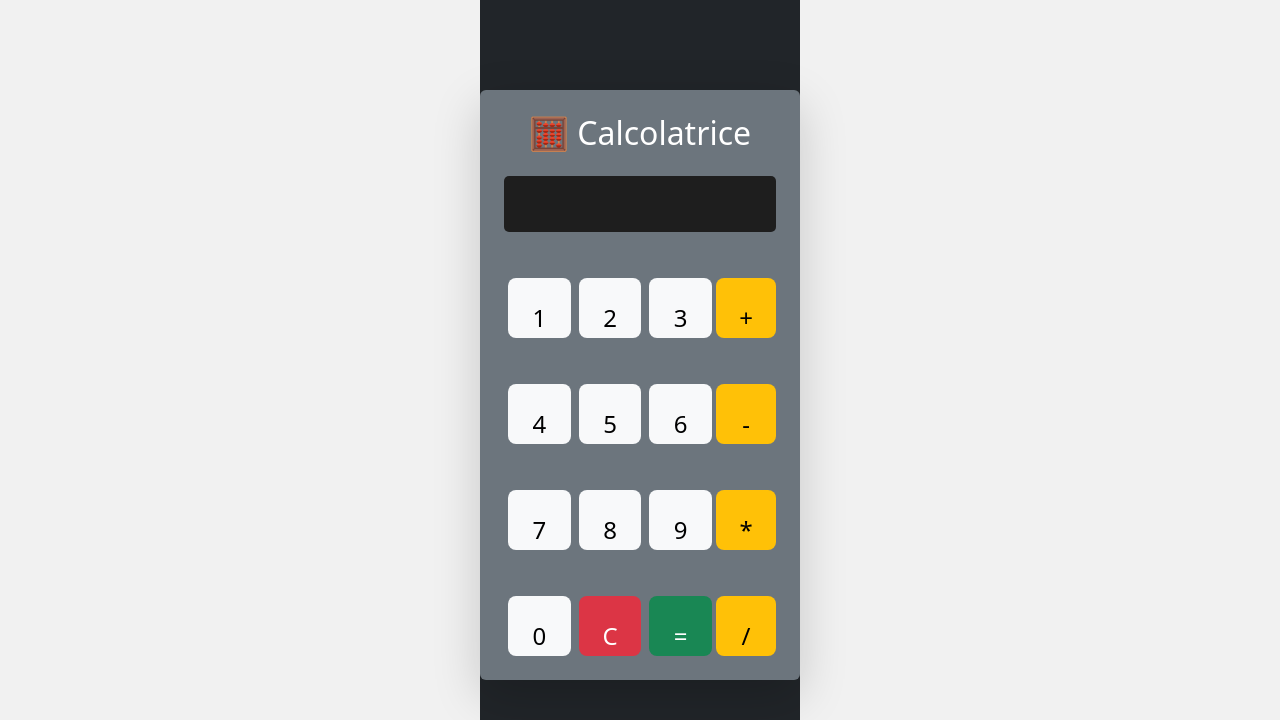
Repository: Probyte5D/Calcolatrice-FullStack
Page: /calculator (app in frontend/)
The author's editor kept a copy of each file at every save. The page is drawn from the files as they stood at one save, then again after the next save.
The browser window is 1280 px wide. The pictures show the whole page.
The project was rebuilt for these pictures with package versions that can differ from the ones it lists, and the page was loaded fresh each time. Also part of the build but not shown: frontend/src/App.css, frontend/src/components/HomePage.js.

Above is the page before, as saved 2025-04-19 16:58:03.

### frontend/src/index.js
import React from 'react';
import ReactDOM from 'react-dom/client';
import './index.css';
import App from './App';

import 'bootstrap/dist/css/bootstrap.min.css';


const root = ReactDOM.createRoot(document.getElementById('root'));
root.render(
  <React.StrictMode>
    <App />
  </React.StrictMode>
);

### frontend/src/App.js
import React from 'react';
import { BrowserRouter as Router, Route, Routes } from 'react-router-dom';
import './App.css';
import Calculator from './components/Calculator'; // Assicurati che il percorso sia corretto
import HomePage from './components/HomePage'; // Assicurati che il percorso sia corretto

function App() {
  return (
    <Router>
    <Routes>
      {/* Usando 'element' invece di 'component' */}
      <Route path="/" element={<HomePage />} />
      <Route path="/calculator" element={<Calculator />} />
    </Routes>
  </Router>
  );
}

export default App;

### frontend/src/components/Calculator.js
import React, { useState } from 'react';
import './Calculator.css'; // Per aggiungere stile extra se vuoi

function Calculator() {
    const [display, setDisplay] = useState('');
    const [error, setError] = useState('');

    const appendNumber = (num) => setDisplay(display + num);
    const appendOperator = (op) => setDisplay(display + op);

    const clearDisplay = () => {
        setDisplay('');
        setError('');
    };

    const calculate = () => {
        const match = display.match(/(\d+)([+\-*/])(\d+)/);
        if (!match) {
            setError('Espressione non valida');
            return;
        }

        const op1 = parseFloat(match[1]);
        const operator = match[2];
        const op2 = parseFloat(match[3]);

        fetch("http://localhost:8080/api/calculator/calculate", {
            method: "POST",
            headers: { "Content-Type": "application/json" },
            body: JSON.stringify({ op1, op2, operator })
        })
            .then(response => response.json())
            .then(result => {
                setDisplay(result.toString());
                setError('');
            })
            .catch(error => {
                setError("Errore: " + error.message);
            });
    };

    return (
        <div className="d-flex justify-content-center align-items-center vh-100 bg-dark text-white">
            <div className="calculator bg-secondary p-4 rounded shadow-lg" style={{ width: '320px' }}>
                <h2 className="text-center mb-4">🧮 Calcolatrice</h2>
                {error && <div className="alert alert-danger">{error}</div>}
                <input type="text" value={display} readOnly className="form-control mb-3 fs-4 text-end" />
                <div className="d-grid gap-2">
                    <div className="d-flex justify-content-between mb-2">
                        {[1, 2, 3].map(n => (
                            <button key={n} className="btn btn-light flex-fill mx-1" onClick={() => appendNumber(n.toString())}>{n}</button>
                        ))}
                        <button className="btn btn-warning" onClick={() => appendOperator('+')}>+</button>
                    </div>
                    <div className="d-flex justify-content-between mb-2">
                        {[4, 5, 6].map(n => (
                            <button key={n} className="btn btn-light flex-fill mx-1" onClick={() => appendNumber(n.toString())}>{n}</button>
                        ))}
                        <button className="btn btn-warning" onClick={() => appendOperator('-')}>-</button>
                    </div>
                    <div className="d-flex justify-content-between mb-2">
                        {[7, 8, 9].map(n => (
                            <button key={n} className="btn btn-light flex-fill mx-1" onClick={() => appendNumber(n.toString())}>{n}</button>
                        ))}
                        <button className="btn btn-warning" onClick={() => appendOperator('*')}>*</button>
                    </div>
                    <div className="d-flex justify-content-between">
                        <button className="btn btn-light flex-fill mx-1" onClick={() => appendNumber('0')}>0</button>
                        <button className="btn btn-danger flex-fill mx-1" onClick={clearDisplay}>C</button>
                        <button className="btn btn-success flex-fill mx-1" onClick={calculate}>=</button>
                        <button className="btn btn-warning" onClick={() => appendOperator('/')}>/</button>
                    </div>
                </div>
            </div>
        </div>
    );
}

export default Calculator;

### frontend/src/components/Calculator.css
/* Calculator.css */

/* Calcolatrice centrale con flexbox */
body, html {
  height: 100vh;
  margin: 0 0;
  display: flex;
  justify-content: center; /* Centra orizzontalmente */
  align-items: center;     /* Centra verticalmente */
  background-color: #f1f1f1; /* Colore di sfondo */
}
/* Stile principale della calcolatrice */
.calculator {
  background-color: #2d2d2d; /* Sfondo scuro */
  border-radius: 10px;
  padding: 20px;
  box-shadow: 0 4px 10px rgba(0, 0, 0, 0.3);
}

/* Colore del display (campo di input) */
.calculator input {
  background-color: #1e1e1e;
  color: #fff;
  font-size: 2rem;
  border: none;
  border-radius: 5px;
  padding: 10px;
  text-align: right;
}

/* Stile per i pulsanti */
.btn {
  font-size: 1.2rem;
  font-weight: bold;
  border-radius: 5px;
  transition: all 0.3s ease;
}

.btn-light {
  background-color: #3a3a3a;
  color: #fff;
}

.btn-light:hover {
  background-color: #575757;
}

.btn-warning {
  background-color: #f39c12;
  color: #fff;
}

.btn-warning:hover {
  background-color: #e67e22;
}

.btn-danger {
  background-color: #e74c3c;
  color: #fff;
}

.btn-danger:hover {
  background-color: #c0392b;
}

.btn-success {
  background-color: #2ecc71;
  color: #fff;
}

.btn-success:hover {
  background-color: #27ae60;
}

/* Layout dei tasti con uno spazio tra di loro */
.d-grid {
  gap: 10px;
}

/* Pulsanti di numeri e operatori */
.d-flex button {
  width: 60px;
  height: 60px;
  font-size: 1.5rem;
  border-radius: 8px;
  border: 2px solid transparent;
}

.d-flex button:active {
  transform: scale(0.95);
}

/* Colore dell'errore */
.alert-danger {
  background-color: #e74c3c;
  color: #fff;
  font-weight: bold;
}

/* Effetto hover sui tasti */
.d-flex button:hover {
  transform: scale(1.1);
  box-shadow: 0 2px 5px rgba(0, 0, 0, 0.2);
}

### frontend/src/components/HomePage.css
.home-page {
  text-align: center;
  margin-top: 100px;
}

.home-page h1 {
  font-size: 3em;
  color: #4CAF50;
}

.home-page p {
  font-size: 1.2em;
  margin-top: 20px;
}

.btn {
  margin-top: 30px;
  padding: 15px 30px;
  font-size: 1.2em;
}

.calculator {
  margin-top: 50px;
  text-align: center;
}

.calculator input {
  font-size: 2em;
  width: 100%;
  text-align: right;
  padding: 10px;
  margin-bottom: 20px;
}

.calculator .buttons {
  display: grid;
  grid-template-columns: repeat(4, 1fr);
  gap: 10px;
}

.calculator button {
  padding: 20px;
  font-size: 1.5em;
}

Loaded but not shown: frontend/public/index.html (common file); frontend/src/index.css (common file)

After the next save:
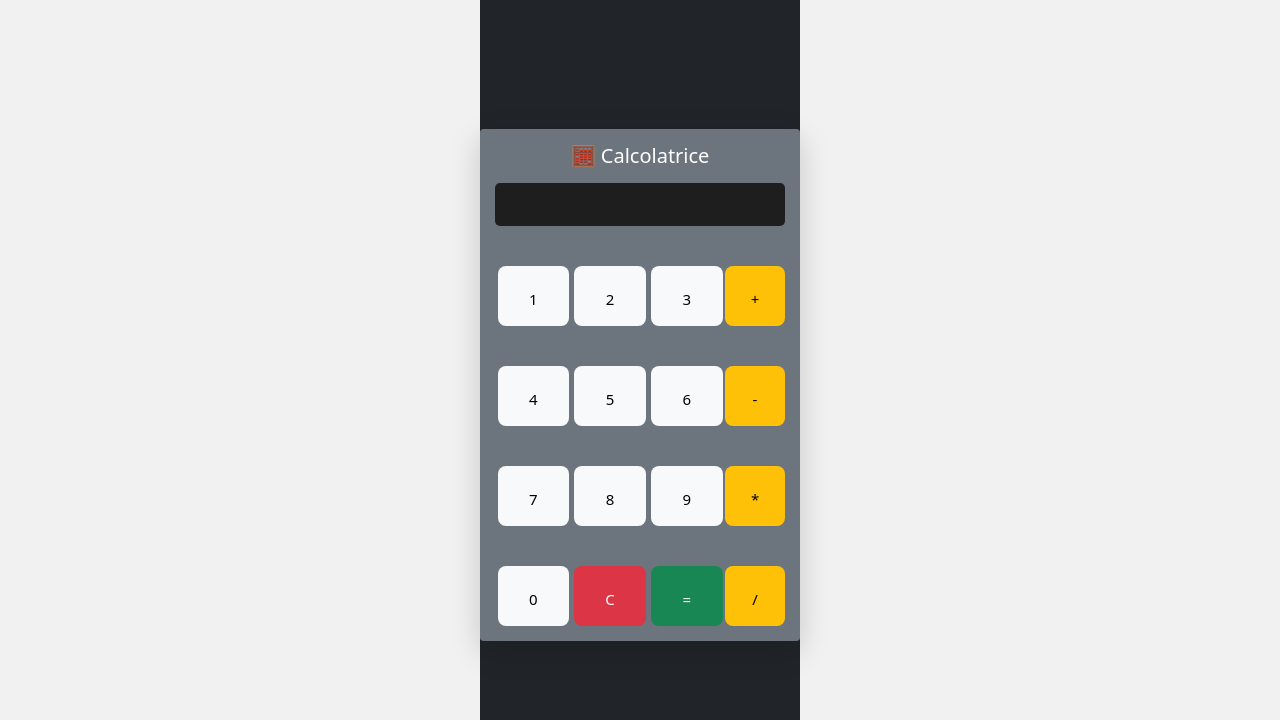
Saved 53 s later.
--- a/frontend/src/components/Calculator.css
+++ b/frontend/src/components/Calculator.css
@@ -1,5 +1,8 @@
 /* Calculator.css */
 
+html{
+  font-size: 62.5%;
+}
 /* Calcolatrice centrale con flexbox */
 body, html {
   height: 100vh;
